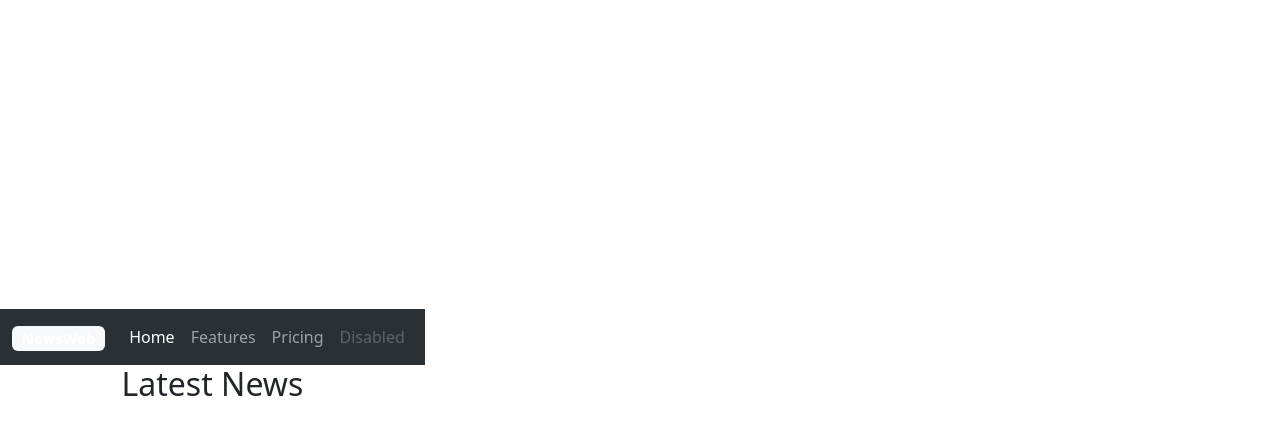
Repository: Abhilash2909/NewsWeb
Page: /
These files come from the project's save history. The page is drawn as it stood at one moment and after the next save; the edit follows.
The browser window is 1280 px wide. The pictures show the whole page.
The project was rebuilt for these pictures with package versions that can differ from the ones it lists, and the page was loaded fresh each time. Also part of the build but not shown: vite.config.js.

Above is the page before, as saved 2024-05-21 22:39:16.

After the next save:
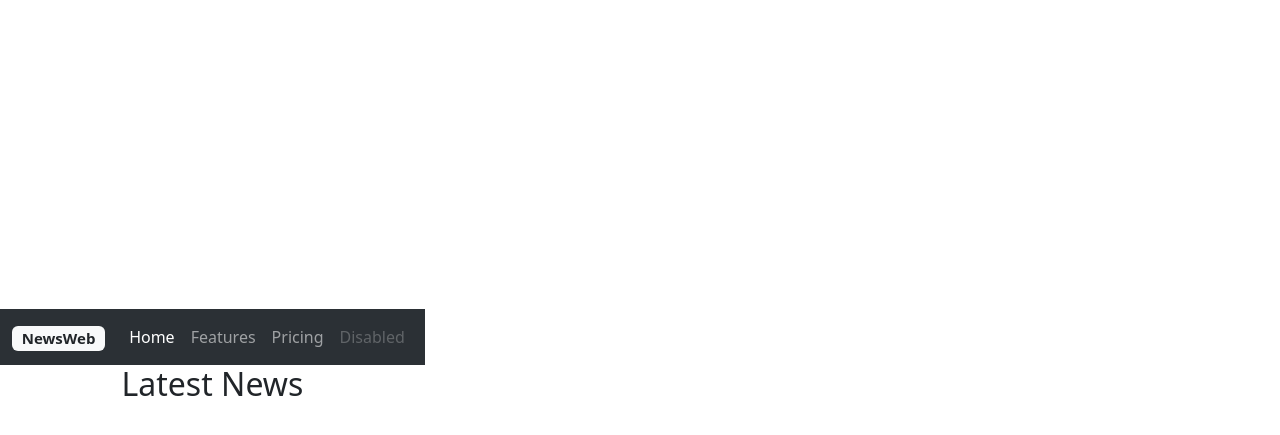
Saved 3 min 44 s later.
--- a/src/Components/Navbar.jsx
+++ b/src/Components/Navbar.jsx
@@ -3,7 +3,7 @@
   return (
     <nav className="navbar navbar-expand-lg bg-body-tertiary" data-bs-theme="dark">
   <div className="container-fluid">
-    <a className="navbar-brand" href="#"><span className="badge bg-light">NewsWeb</span></a>
+    <a className="navbar-brand" href="#"><span className="badge bg-light text-dark">NewsWeb</span></a>
     <button className="navbar-toggler" type="button" data-bs-toggle="collapse" data-bs-target="#navbarNav" aria-controls="navbarNav" aria-expanded="false" aria-label="Toggle navigation">
       <span className="navbar-toggler-icon"></span>
     </button>
